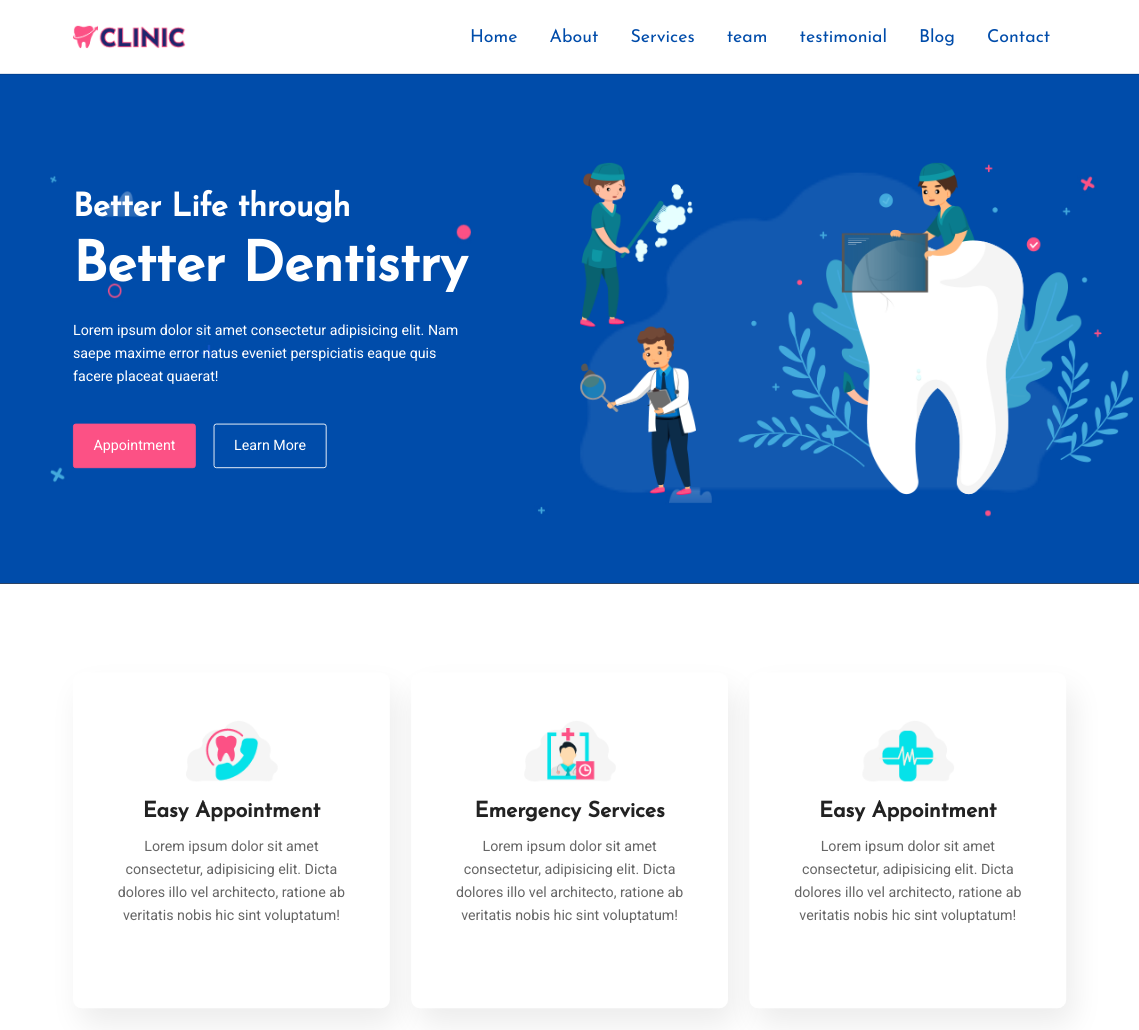
Repository: rsbappy/Project-13
Page: index.html
An editor plug-in stored every save of this project. The page is shown before and after the next save, followed by the edit.
The browser window is 1280 px wide. The pictures show the whole page, at 89% of full size.
Some web libraries are served in a nearby version.

Above is the page before, as saved 2022-08-19 11:24:50.
Console error: TypeError: Cannot read properties of null (reading 'classList')

After the next save:
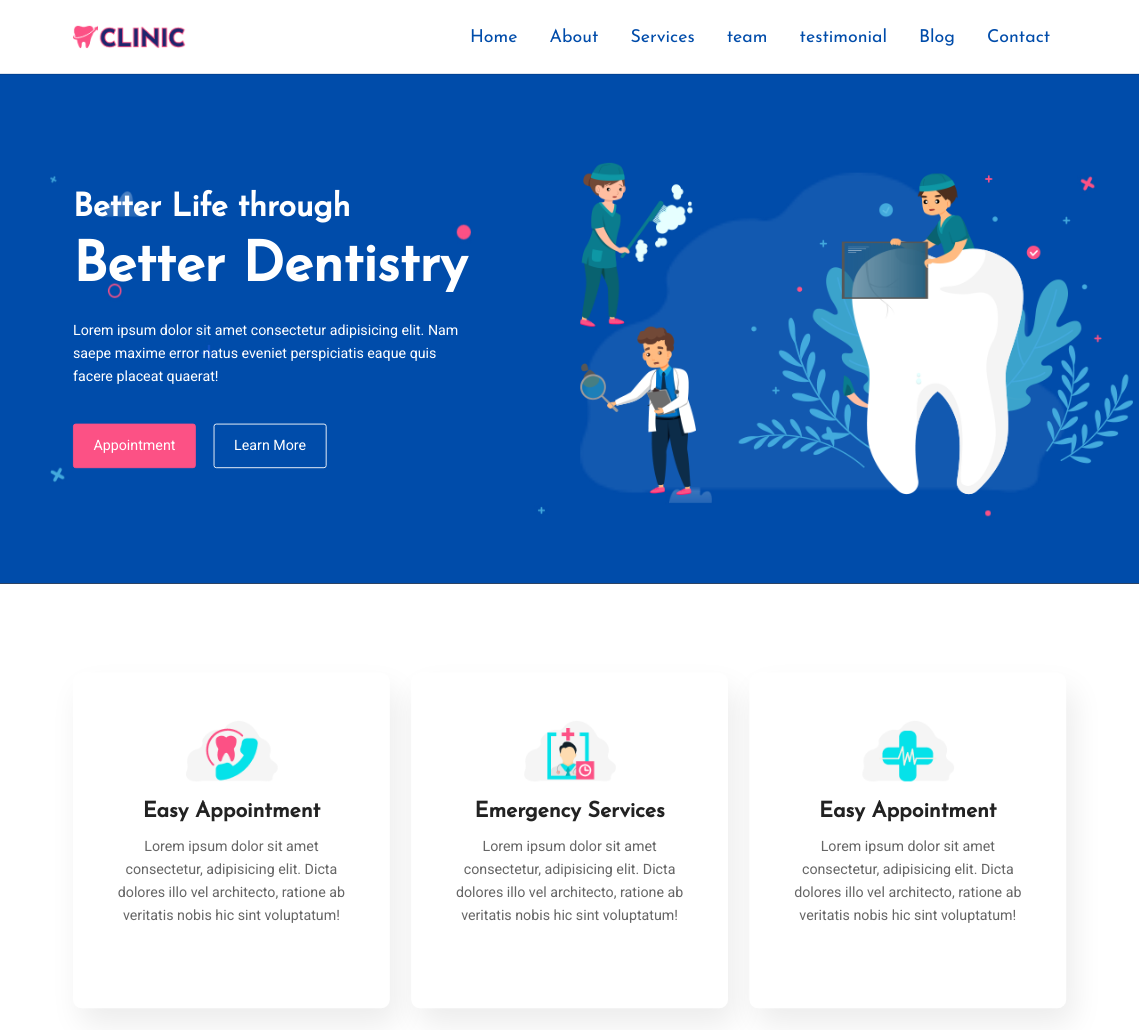
Saved 8 s later.
--- a/css/style.css
+++ b/css/style.css
@@ -244,5 +244,5 @@ p {
     background-repeat: no-repeat;
     background-size: contain;
     display: flex;
-    al
-}
+    align-items: flex-end;
+}
